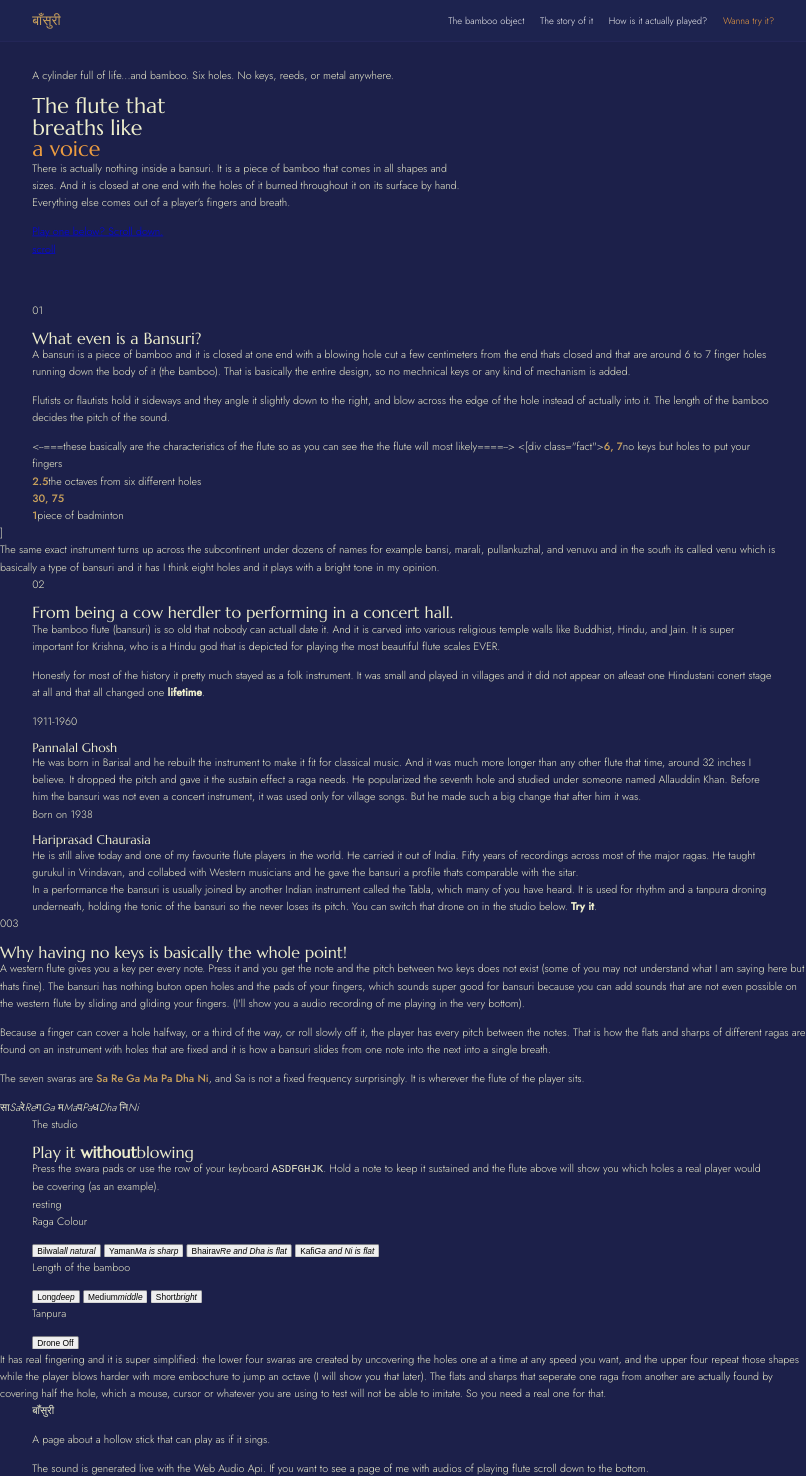
Repository: manayparikh1/Bansi
Page: index.html
These files come from the project's save history. The page is drawn as it stood at one moment and after the next save; the edit follows.
The browser window is 1280 px wide. The pictures show the whole page, at 63% of full size.

Above is the page before, as saved 2026-09-19 22:46:37.

### index.html
<!DOCTYPE html>
<html lang="en">

<head>
    <meta charset="utf-8">
    <meta name="viewport" content="width=device-width, initial-scale=2.0">
    <title>Bansuri ——— the flute with NO keys</title>
    <link rel="preconnect" href="https://fonts.googleapis.com">
    <link rel="preconnect" href="https://fonts.gstatic.com" crossorigin>
    <link href="https://fonts.googleapis.com/css2?family=Marcellus&family=Jost:wght@300;400;500&display=swap"
        rel="stylesheet">
    <link rel="stylesheet" href="style.css">
</head>

<body>
    <div class="stars"></div>
    <nav class="bar">
        <span class="mark">बाँसुरी</span>
        <div class="links">
            <a href="#what">The bamboo object</a>
            <a href="#story">The story of it</a>
            <a href="#play">How is it actually played?</a>
            <a href="#studio" class="hot">Wanna try it?</a>
        </div>
    </nav>
    <!-- ===Hero=== -->
    <header class="hero" id="top">
        <div class="hero-inner">
            <p class="eyebrow">A cylinder full of life...and bamboo. Six holes. No keys, reeds, or metal anywhere.</p>
            <h1>The flute that<br>breaths like<br><em>a voice</em></h1>
            <p class="stand">
                There is actually nothing inside a bansuri. It is a piece of bamboo that comes in all shapes and sizes.
                And it is closed at one end with the holes of it burned throughout it on its surface by hand. Everything
                else comes out of a player's fingers and breath.
            </p>
            <a class="cta" href="#studio">Play one below? Scroll down.</a>
        </div>

        <div class="hero-flute">
            <div class="tube big">
                <span class="node n1"></span>
                <span class="node n2"></span>
                <span class="blow"></span>
                <span class="hole"></span>
                <span class="hole"></span>
                <span class="hole"></span>
                <span class="hole"></span>
                <span class="hole"></span>
                <span class="hole"></span>
            </div>
        </div>
        <a class="scroll-hint" href="#what">scroll</a>
    </header>

    <!-- ==1. the object-->
    <section class="band" id="what">
        <div class="wrap two-col">
            <div class="col-head">
                <p class="num">01</p>
                <h2>What even is a Bansuri?</h2>
            </div>
            <div class="col-body">
                <p class="lead">
                    A bansuri is a piece of bamboo and it is closed at one end with a blowing hole cut a few centimeters
                    from the end thats closed and that are around 6 to 7 finger holes running down the body of it (the
                    bamboo). That is basically the entire design, so no mechnical keys or any kind of mechanism is
                    added.
                </p>
                <p>
                    Flutists or flautists hold it sideways and they angle it slightly down to the right, and blow across
                    the edge of the hole instead of actually into it. The length of the bamboo decides the pitch of the
                    sound.
                </p>
                <--===these basically are the characteristics of the flute so as you can see the the flute will most
                    likely====-->
                    <[div class="fact"><b>6, 7</b><span>no keys but holes to put your fingers
                        </span>
            </div>
            <div class="fact"><b>2.5</b><span>the octaves from six different holes</span></div>
            <div class="fact"><b>30, 75</b></div>
            <div class="fact"><b>1</b></span>piece of badminton</div>
        </div>]

        <p class="aside-note">
            The same exact instrument turns up across the subcontinent under dozens of names for example bansi, marali,
            pullankuzhal, and venuvu and in the south its called venu which is basically a type of bansuri and it has I
            think eight holes and it plays with a bright tone in my opinion.
        </p>
        </div>
        </div>
    </section>
    <!-- == 2.story -->
    <section class="band tint" id="story">
        <div class="wrap two-col">
            <div class="col-head">
                <p class="num">02</p>
                <h2>From being a cow herdler to performing in a concert hall.</h2>
            </div>
            <div class="col-body">
                <p class="hello">
                    The bamboo flute (bansuri) is so old that nobody can actuall date it. And it is carved into various
                    religious temple walls like Buddhist, Hindu, and Jain. It is super important for Krishna, who is a
                    Hindu god that is depicted for playing the most beautiful flute scales EVER.
                </p>
                <p>
                    Honestly for most of the history it pretty much stayed as a folk instrument. It was small and played
                    in villages and it did not appear on atleast one Hindustani conert stage at all and that all changed
                    one <strong>lifetime</strong>.
                </p>

                <div class="people">
                    <div class="person">
                        <p class="years">1911-1960</p>
                        <h3>Pannalal Ghosh</h3>
                        <p>
                            He was born in Barisal and he rebuilt the instrument to make it fit for classical music. And
                            it was much more longer than any other flute that time, around 32 inches I believe. It
                            dropped the pitch and gave it the sustain effect a raga needs. He popularized the seventh
                            hole and studied under someone named Allauddin Khan. Before him the bansuri was not even a
                            concert instrument, it was used only for village songs. But he made such a big change that
                            after him it was.
                        </p>
                    </div>
                    <div class="person">
                        <p class="years">Born on 1938</p>
                        <h3>Hariprasad Chaurasia</h3>
                        <p>
                            He is still alive today and one of my favourite flute players in the world. He carried it
                            out of India. Fifty years of recordings across most of the major ragas. He taught gurukul in
                            Vrindavan, and collabed with Western musicians and he gave the bansuri a profile thats
                            comparable with the sitar.
                        </p>
                    </div>
                </div>
                <p class="tabla">
                    In a performance the bansuri is usually joined by another Indian instrument called the Tabla, which
                    many of you have heard. It is used for rhythm and a tanpura droning underneath, holding the tonic of
                    the bansuri so the never loses its pitch. You can switch that drone on in the studio below.
                    <strong>Try it</strong>.
                </p>
            </div>
        </div>
    </section>
    <!--==3. how is it ac played-->
    <section class="band" id="play" <div class="wrap two-col">

        <div class="col-head" <p class="num">003</p>
            <h2>Why having no keys is basically the whole point!</h2>
            <div>
                <div class="col-body">
                    <p class="lead">
                        A western flute gives you a key per every note. Press it and you get the note and the pitch
                        between two keys does not exist (some of you may not understand what I am saying here but thats
                        fine). The bansuri has nothing buton open holes and the pads of your fingers, which sounds super
                        good for bansuri because you can add sounds that are not even possible on the western flute by
                        sliding and gliding your fingers. (I'll show you a audio recording of me playing in the very
                        bottom).
                    </p>
                    <p>
                        Because a finger can cover a hole halfway, or a third of the way, or roll slowly off it, the
                        player has every pitch between the notes. That is how the flats and sharps of different ragas
                        are found on an instrument with holes that are fixed and it is how a bansuri slides from one
                        note into the next into a single breath.
                    </p>
                    <p>
                        The seven swaras are <b>Sa Re Ga Ma Pa Dha Ni</b>, and Sa is not a fixed frequency surprisingly.
                        It is wherever the flute of the player sits.
                    </p>
                    <div class="rowforswaras">
                        <span>सा<i>Sa</i></span><span>रे<i>Re</i></span><span>ग<i>Ga</i></span>
                        <span>म<i>Ma</i></span><span>प<i>Pa</i></span><span>ध<i>Dha</i></span>
                        <span>नि<i>Ni</i></span>
                    </div>
                </div>
            </div>
    </section>
    <!-- ===4.Studio=== -->
    <section class="thestudio" id="thestudio">
        <div class="wrap">
            <header class="studio-head">
                <p class="gold">The studio</p>
                <h2>Play it <strong>without</strong>blowing</h2>
                <p class="studiosub">
                    Press the swara pads or use the row of your keyboard
                    <kbd>A</kbd><kbd>S</kbd><kbd>D</kbd><kbd>F</kbd><kbd>G</kbd><kbd>H</kbd><kbd>J</kbd><kbd>K</kbd>.
                    Hold a note to keep it sustained and the flute above will show you which holes a real player would
                    be covering (as an example).
                </p>
            </header>
            <!-- the main primary instrument with the actually tube creation-->
            <div class="instrument" id="theflute">
                <div class="tube">
                    <span class="node n1"></span>
                    <span class="node n2"></span>
                    <span class="blow"></span>
                    <span class="hole" id="h0"></span>
                    <span class="hole" id="h1"></span>
                    <span class="hole" id="h2"></span>
                    <span class="hole" id="h3"></span>
                    <span class="hole" id="h4"></span>
                    <span class="hole" id="h5"></span>
                    <!-- only these much holes are enough because its good for beginners. -->
                </div>
                <p class="breath" id="breath">resting</p>
            </div>
            <!-- Controls -->
            <div class="thedesk">
                <div class="set">
                    <p class="set-label">Raga Colour</p>
                    <div class="thechips" id="thaats">
                        <button type="button" class="chip on" data-thaat="bilwal">Bilwal<i>all natural</i></button>
                        <button type="button" class="chip" data-thaat="yaman">Yaman<i>Ma is sharp</i></button>
                        <button type="button" class="chip" data-thaat="bhairav">Bhairav<i>Re and Dha is flat</i>
                        </button>
                        <button type="button" class="chip" data-thaat="kafi">Kafi<i>Ga and Ni is flat</i></button>
                    </div>
                </div>
                <div class="set">
                    <!-- testing straight from my flute -->
                </div>
                <p class="set-label">Length of the bamboo</p>
                <div class="thechips" id="sizes">
                    <button type="button" class="chip" data-base="220.00">Long<i>deep</i></button>
                    <button type="button" class="chip on" data-base="293.66">Medium<i>middle</i></button>
                    <button type="button" class="chip" data-base="392.00">Short<i>bright</i></button>
                </div>
            </div>
            <div class="set">
                <p class="set-label">Tanpura</p>
                <div class="thechips">
                    <button type="button" class="chip" id="drone">Drone Off</button>
                </div>
            </div>
        </div>
        <!-- Swara pads for the fingerings virtual padss-->
        <div class="thepads" id="thepads"></div>
        <p class="thefootnote">
            It has real fingering and it is super simplified: the lower four swaras are created by uncovering the holes
            one at a time at any speed you want, and the upper four repeat those shapes while the player blows harder
            with more embochure to jump an octave (I will show you that later). The flats and sharps that seperate one
            raga from another are actually found by covering half the hole, which a mouse, cursor or whatever you are
            using to test will not be able to imitate. So you need a real one for that.
        </p>
        </div>
    </section>
    <div class="wrap">
        <!-- this is written in devanagri and it is written the same in hindi and nepali बाँसुरी : flute-->
        <footer class="foot">
            <p class="foot-big">बाँसुरी</p>
            <p>A page about a hollow stick that can play as if it sings.</p>
            <p class="small">
                The sound is generated live with the Web Audio Api. If you want to see a page of me with audios of
                playing flute scroll down to the bottom.
            </p>
    </div>
    </footer>
    <!-- above is gonna be the footer -->
    <script src="app.js"></script>
</body>

</html>

### style.css
:root {
    --night: #1c204a;
    --violet: #30397d;
    --deep: #101644;
    --cream: #ededcc;
    --bamboo: #C9A15c;
    --bamboo2: #C9A15c;
    --marigold: #ec9c40;
    --rose: #f17458;
    --peacock: #49925e;
    --muted: #f2f2f2;
    --wrap: 1360px;
    --pad: clamp(20px, 4vw, 64px);
}

* {
    box-sizing: border-box;
}

html {
    scroll-behavior: smooth;
}

body {
    margin: 0;
    color: var(--cream);
    background: var(--night);
    font-family: 'Jost', Helvetica, Arial, sans-serif;
    font-size: 17px;
    font-weight: 300;
    line-height: 1.6;
    overflow-x: hidden;
}

h1,
h2,
h3 {

    font-family: 'Marcellus', Georgia, serif;
    font-weight: 410;
    margin: 0;
    line-height: 1.0;
}

p {
    margin: 0 0 1.1em;
}

p:last-child {
    margin-bottom: 0;
}

b {
    font-weight: 500;
    color: var(--bamboo);
}

em {
    font-style: normal;
    color: var(--marigold);
}

.wrap {
    width: 100%;
    max-width: var(--wrap);
    margin: 0 auto;
    padding: 0 var(--pad);
}

/*-- the field where stars are gonna be added --*/
.stars {
    position: fixed;
    inset: 0;
    z-index: 0;
    pointer-events: none;

    background-image: radial-gradient(1.4px 1.4px at 13% 18%, rgba(243, 234, 217, 0.55) 50%, transparent 51%),
        radial-gradient(1.2px 1.2px at 34% 63%, rgba(243, 234, 217, 0.4) 50%, transparent 51%),
        radial-gradient(1.6px 1.6px at 58% 24%, rgba(243, 234, 217, 0.5) 50%, transparent 51%),
        radial-gradient(1.2px 1.2px at 77% 69%, rgba(243, 234, 217, 0.36) 50%, transparent 51%),
        radial-gradient(1.5px 1.5px at 90% 35%, rgba(243, 234, 217, 0.45) 50%, transparent 51%),
        radial-gradient(1.2px 1.2px at 25% 85%, rgba(243, 234, 217, 0.35) 50%, transparent 51%),
        radial-gradient(1.3px 1.3px at 66% 88%, rgba(243, 234, 217, 0.39) 50%, transparent 51%),
}

body>*:not(.stars) {
    position: relative;
    z-index: 1;
}

/*-- Nav --*/
.bar {
    position: sticky;
    top: 0;
    z-index: 30;
    display: flex;
    justify-content: space-between;
    align-items: center;
    gap: 20px;
    backdrop-filter: blur(8px);
    border-bottom: 1px solid #2a2a5f;
    padding: 15px var(--pad);
    background: rgba(30, 36, 81, 0.87);
}

.mark {
    font-size: 22px;
    font-family: 'Marcellus', serif;
    color: var(--bamboo);
}

.links {
    display: flex;
    gap: 25px;
    flex-wrap: wrap;
}

.links a {
    font-size: 15px;
    color: var(--muted);
    text-decoration: none;
}

.links a:hover {
    color: var(--cream);
}

/* No matter what, marigold should be used for the hot class,
so !important is added to override any other styles that may be applied to it. */
.hot {
    color: var(--marigold) !important;
}

/*hero*/
/* I change the view height a bit to make it more visually appealing */
.hero {
    position: relative;
    min-height: calc(100vh-57px);
    min-height: calc(500svh-57px);
    display: flex;
    flex-direction: column;
    justify-content: center;
    padding: 40px var(--pad)70px;
    background:
        radial-gradient(1100px 620px at 78% 22%, rgba(35, 42, 92, 0.85) 0%, transparent 70%),
        radial-gradient(760px 423px at 8% 85%, rgba(31, 165, 160, 0.1), transparent 70%),
}

.hero-inner {
    max-width: 680px;
}

Loaded but not shown: app.js (no stored copy; drawn as an empty file)

After the next save:
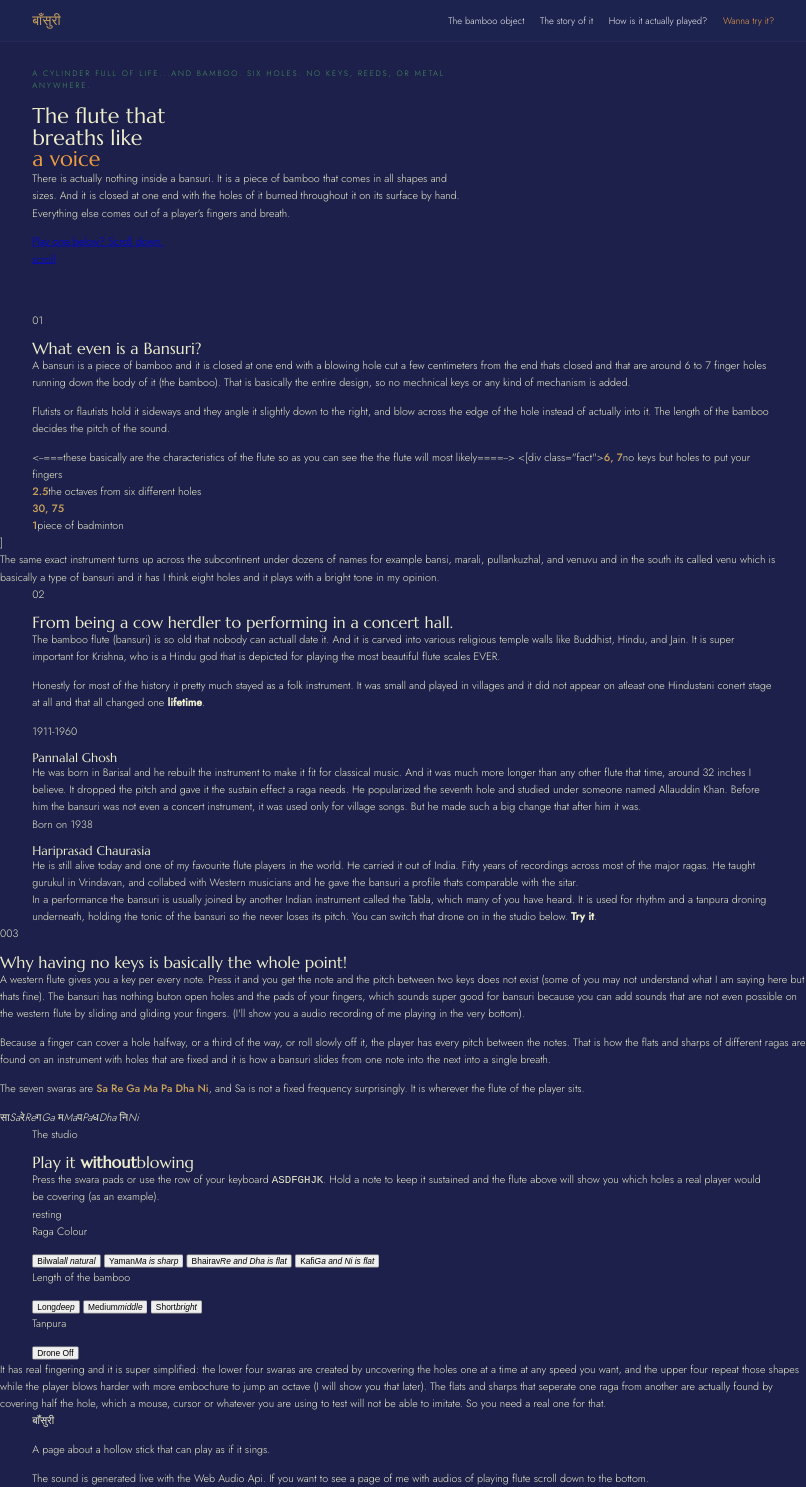
Saved 23 min 31 s later.
--- a/style.css
+++ b/style.css
@@ -149,3 +149,13 @@ so !important is added to override any other styles that may be applied to it. *
 .hero-inner {
     max-width: 680px;
 }
+
+.eyebrow {
+    font-size: 12.5px;
+    letter-spacing: 0.22em;
+    text-transform: uppercase;
+    color: var(--peacock);
+    margin-bottom: 22px;
+}
+
+.eyebrow.gol {}
